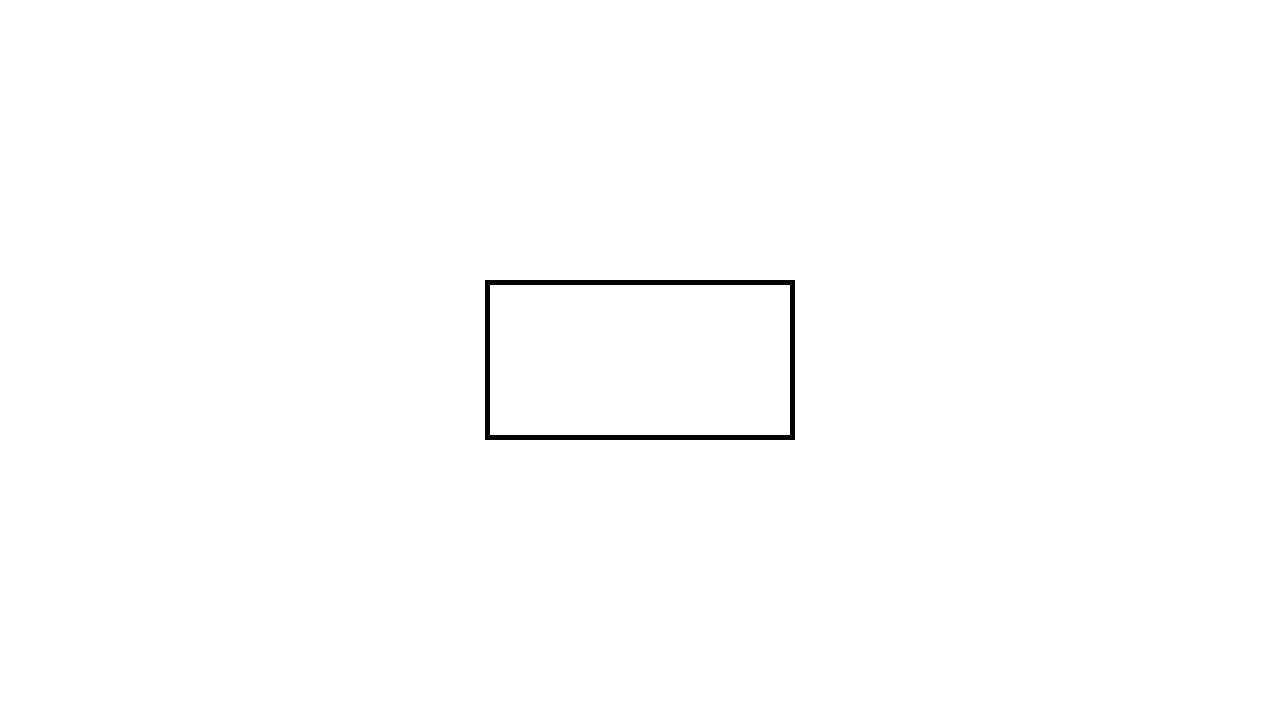
Repository: vasucp1207/sprite-animation
Page: index.html
These files come from the project's save history. The page is drawn as it stood at one moment and after a run of saves; the edit follows.
The browser window is 1280 px wide. The pictures show the whole page.

Above is the page before, as saved 2022-08-24 22:53:35.
Console error: SyntaxError: Unexpected token '}'

After the next 7 saves:
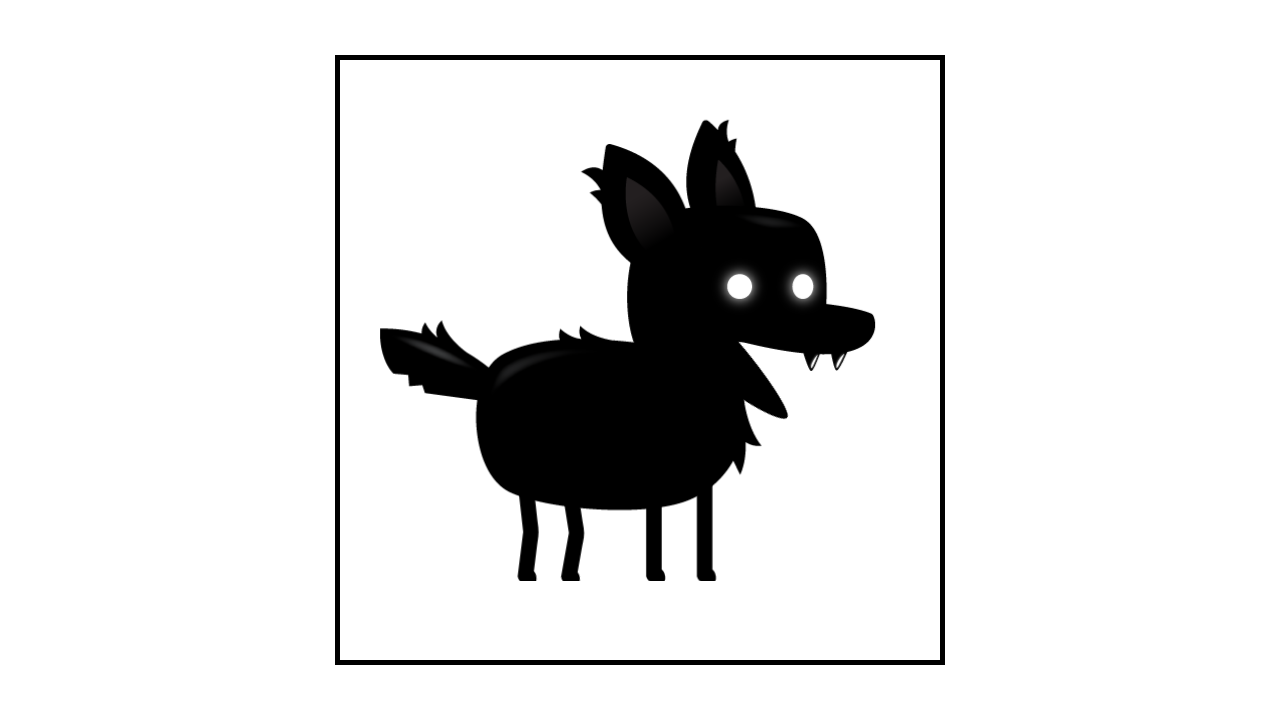
The error is gone.
The 7 saves are shown as one change because they came seconds apart.
The last was saved 20 s later.
--- a/script.js
+++ b/script.js
@@ -16,7 +16,11 @@
 const spriteAnimations = []
 const animationStates = [
     {
-        name:
+        name: "idle",
+        frames: 7
+    },
+    {
+
     }
 ]
 
